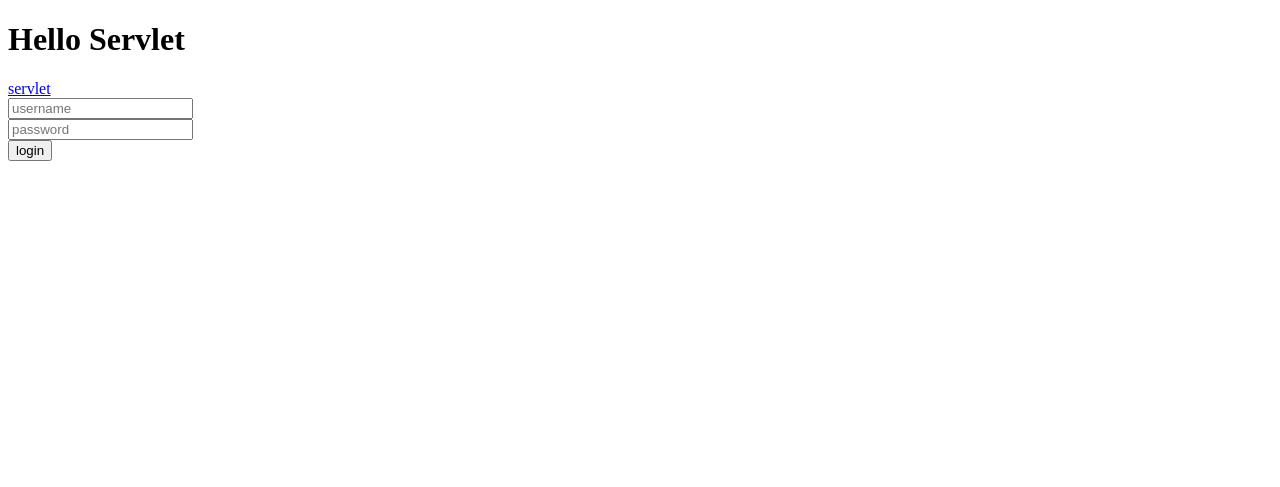
Repository: NguyenTienDat-GTR/WWW_24-25
Page: Tuan01/19473791_NguyenTienDat/src/main/webapp/index.html
An editor plug-in stored every save of this project. The page is shown before and after the next save, followed by the edit.
The browser window is 1280 px wide. The pictures show the whole page.

Above is the page before, as saved 2024-08-29 10:09:26.

### Tuan01/19473791_NguyenTienDat/src/main/webapp/index.html
<!DOCTYPE html>
<html>
<head>
<meta charset="UTF-8">
<title>Insert title here</title>
</head>
<body>
	<h1>Hello Servlet</h1>
	<a href="hello">servlet</a>
	<br>
	<form action="login" method="post">
		<input type="text" name="username" placeholder="username"><br>
		<input type="password" name="password" placeholder="password"><br>
		<input type="submit" value="login">
	</form>
</body>
</html>

After the next save:
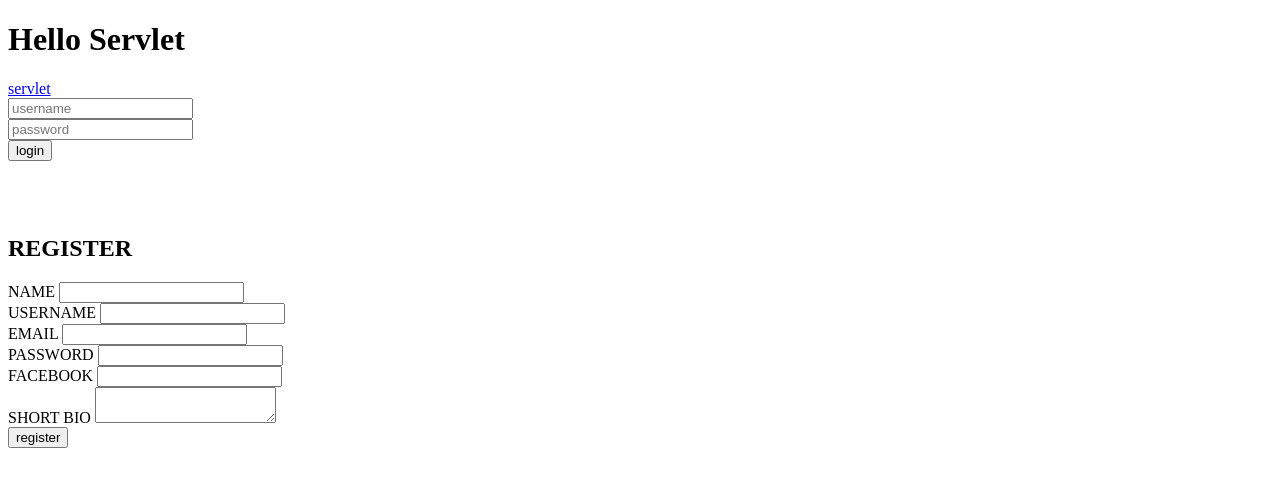
Saved 3 min 45 s later.
--- a/Tuan01/19473791_NguyenTienDat/src/main/webapp/index.html
+++ b/Tuan01/19473791_NguyenTienDat/src/main/webapp/index.html
@@ -13,5 +13,18 @@
 		<input type="password" name="password" placeholder="password"><br>
 		<input type="submit" value="login">
 	</form>
+	<br>
+	<br>
+	<br>
+	<form action="register" method="post">
+		<H2>REGISTER</H2>
+		NAME <input type="text" name="name"> <br>
+		USERNAME <input type="text" name="usn"> <br>
+		EMAIL <input type="email"name="email"> <br>
+		PASSWORD <input type="password"name="pw"> <br>
+		FACEBOOK <input type="email" name="fb"> <br>
+		SHORT BIO <textarea name="sbio"></textarea> <br>
+			<input type="submit" value="register"> <br>
+	</form>
 </body>
 </html>
